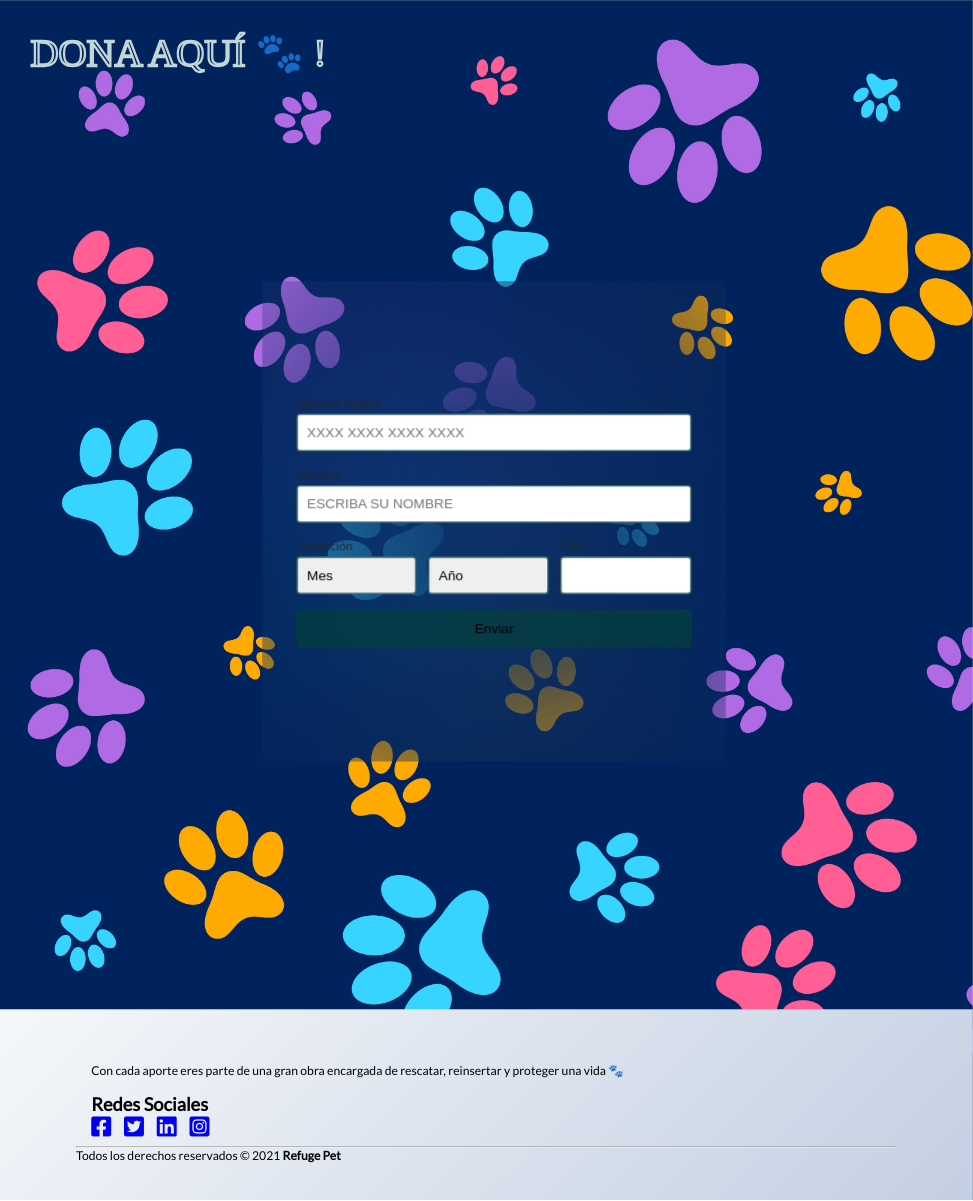
Repository: andreasvidal/SCL019-card-validation
Page: src/views/cardvalidation.html
The author's editor kept a copy of each file at every save. The page is drawn from the files as they stood at one save, then again after the next save.
The browser window is 1280 px wide. The pictures show the whole page, at 76% of full size.
Some web fonts or font styles are not loaded; a fallback is used. Some web libraries are served in a nearby version.

Above is the page before, as saved 2022-04-13 09:40:28.

After the next save:
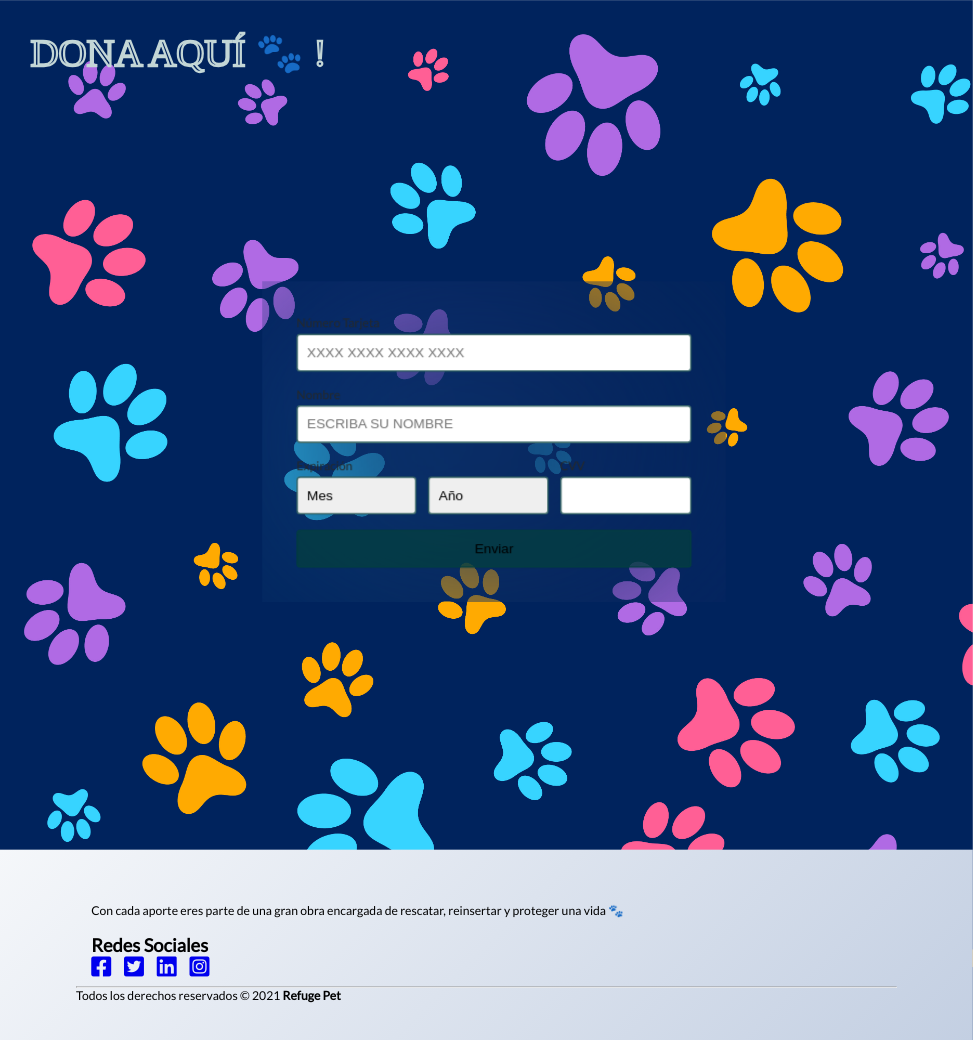
Saved 36 s later.
--- a/src/css/formstyle.css
+++ b/src/css/formstyle.css
@@ -29,7 +29,7 @@ body {
 .bg-blur {
     backdrop-filter: blur(10rem);
     width: 100%;
-    padding: 150px 45px;
+    padding: 45px;
 }
 
 .form-validation label {
